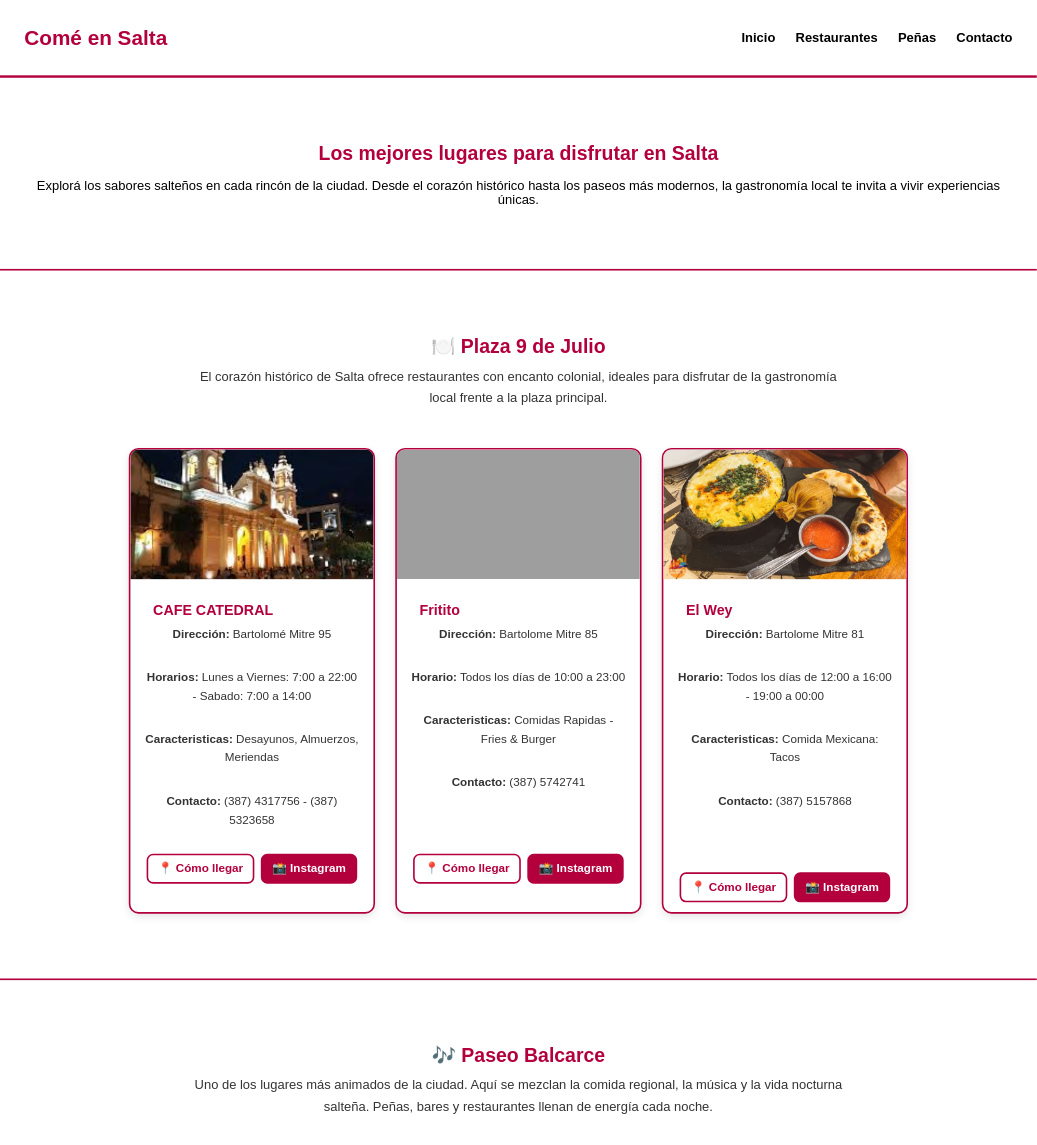
Repository: nahir95/come-en-salta
Page: restaurantes.html
An editor plug-in stored every save of this project. The page is shown before and after the next save, followed by the edit.
The browser window is 1280 px wide. The pictures show the part of the page from y = 0 to 1413 px (the page is 4439 px tall before and 4421 px after), at 81% of full size.
Pictures or frames that could not be fetched are drawn as grey boxes.

Above is the page before, as saved 2025-11-12 01:50:32.

### restaurantes.html
<!doctype html>
<html lang="es">
<head>
  <meta charset="utf-8" />
  <meta name="viewport" content="width=device-width, initial-scale=1" />
  <title>Restaurantes - Comé en Salta</title>
  <link rel="stylesheet" href="style.css">
</head>

<body>
  <header>
    <h1>Comé en Salta</h1>
    <nav>
      <a href="index.html">Inicio</a>
      <a href="restaurantes.html">Restaurantes</a>
      <a href="penas.html">Peñas</a>
      <a href="#contacto">Contacto</a>
    </nav>
  </header>

  <main class="restaurantes">
    <section class="intro">
      <h2>Los mejores lugares para disfrutar en Salta</h2>
      <p>Explorá los sabores salteños en cada rincón de la ciudad. Desde el corazón histórico hasta los paseos más modernos, la gastronomía local te invita a vivir experiencias únicas.</p>
    </section>

    <!-- PLAZA 9 DE JULIO -->
<section id="plaza9" class="zona">
  <h2>🍽️ Plaza 9 de Julio</h2>
  <p>El corazón histórico de Salta ofrece restaurantes con encanto colonial, ideales para disfrutar de la gastronomía local frente a la plaza principal.</p>

  <div class="zona-grid">

    <!-- Restaurante 1 -->
    <article class="card restaurante">
      <img src="imagenes/cafe-catedral.jpeg" alt="El Solar del Convento">
      <div class="card-content">
        <h3>CAFE CATEDRAL</h3>
        <p><strong>Dirección:</strong> Bartolomé Mitre 95</p>
        <p><strong>Horarios:</strong> Lunes a Viernes: 7:00 a 22:00 - Sabado: 7:00 a 14:00</p>
        <p><strong>Caracteristicas:</strong> Desayunos, Almuerzos, Meriendas</p>
        <p><strong>Contacto:</strong> (387) 4317756 - (387) 5323658</p>
        <div class="btns-resto">
          <a href="https://maps.app.goo.gl/VMKrjFsvunXBDcr2A" target="_blank" class="btn">📍 Cómo llegar</a>
          <a href="https://www.instagram.com/cafecatedral_?igsh=MnE1amYwa3dqeDF6" target="_blank" class="btn btn-secundario">📸 Instagram</a>
        </div>
      </div>
    </article>

    <!-- Restaurante 2 -->
    <article class="card restaurante">
      <img src="https://images.unsplash.com/photo-1565299624946-b28f40a0ae38?w=800" alt="Fritito">
      <div class="card-content">
        <h3>Fritito</h3>
        <p><strong>Dirección:</strong> Bartolome Mitre 85</p>
        <p><strong>Horario:</strong> Todos los días de 10:00 a 23:00</p>
        <p><strong>Caracteristicas:</strong> Comidas Rapidas - Fries & Burger</p>
        <p><strong>Contacto:</strong> (387) 5742741</p> <br> <br>
        <div class="btns-resto">
          <a href="https://maps.app.goo.gl/fA5zTu5r4aBTFWrC6?g_st=aw" target="_blank" class="btn">📍 Cómo llegar</a>
          <a href="https://www.instagram.com/fritito.salta?igsh=MXFieXNvZHdlZHZzZg==" target="_blank" class="btn btn-secundario">📸 Instagram</a>
        </div>
      </div>
    </article>

    <!-- Restaurante 3 -->
     <article class="card restaurante">
      <img src="imagenes/carrusel-1.jpg" alt="El Wey">
      <div class="card-content">
        <h3>El Wey</h3>
        <p><strong>Dirección:</strong> Bartolome Mitre 81</p>
        <p><strong>Horario:</strong> Todos los días de 12:00 a 16:00 - 19:00 a 00:00</p>
        <p><strong>Caracteristicas:</strong> Comida Mexicana: Tacos</p>
        <p><strong>Contacto:</strong> (387) 5157868</p> <br> <br>
        <div class="btns-resto">
          <a href="https://maps.app.goo.gl/HWUzTfTShyvQshCx5?g_st=aw" target="_blank" class="btn">📍 Cómo llegar</a>
          <a href="https://www.instagram.com/el_wey_tacos?igsh=Mzk2ZTZzdmM3N3g5" target="_blank" class="btn btn-secundario">📸 Instagram</a>
        </div>
      </div>
     </article>

  </div>
</section>


    <!-- PASEO BALCARCE -->
    <section id="balcarce" class="zona">
      <h2>🎶 Paseo Balcarce</h2>
      <p>Uno de los lugares más animados de la ciudad. Aquí se mezclan la comida regional, la música y la vida nocturna salteña. Peñas, bares y restaurantes llenan de energía cada noche.</p>

      <div class="zona-grid">
        <article class="card">
          <img src="https://images.unsplash.com/photo-1528605248644-14dd04022da1?w=800" alt="Paseo Balcarce Salta">
          <h3>La Vieja Estación</h3>
          <p>Tradicional peña y restaurante con show en vivo. Ideal para probar empanadas y locro.</p>
        </article>
        <article class="card">
          <img src="https://images.unsplash.com/photo-1600891964599-f61ba0e24092?w=800" alt="Restaurante moderno en Balcarce">
          <h3>La Monumental</h3>
          <p>Restaurante moderno con opciones gourmet y coctelería de autor.</p>
        </article>
      </div>
    </section>

    <!-- PASEO GÜEMES -->
    <section id="guemes" class="zona">
      <h2>🍷 Paseo Güemes</h2>
      <p>La zona joven y moderna de Salta. Ideal para quienes buscan cocina contemporánea, bares y terrazas con estilo. Un punto de encuentro entre turistas y locales.</p>

      <div class="zona-grid">
        <article class="card">
          <img src="https://images.unsplash.com/photo-1615719413546-198b25453f85?w=800" alt="Paseo Güemes">
          <h3>El Charrúa</h3>
          <p>Especialidad en carnes a la parrilla y vinos de altura. Un clásico salteño imperdible.</p>
        </article>
        <article class="card">
          <img src="https://images.unsplash.com/photo-1551218808-94e220e084d2?w=800" alt="Café moderno">
          <h3>Baco Resto Bar</h3>
          <p>Ambiente moderno y excelente coctelería, ideal para compartir entre amigos.</p>
        </article>
      </div>
    </section>

    <!-- CADENAS DE COMIDAS RÁPIDAS -->
    <section id="rapidas" class="zona">
      <h2>🍔 Cadenas de Comidas Rápidas</h2>
      <p>También hay opciones para quienes buscan algo rápido y conocido. Las principales cadenas se encuentran cerca del centro y los shoppings.</p>

      <ul class="lista-rapidas">
        <li>McDonald’s – Shopping Alto NOA</li>
        <li>Burger King – Caseros 500</li>
        <li>Mostaza – Paseo Güemes</li>
        <li>Subway – Balcarce 50</li>
      </ul>
    </section>

    <!-- EXTRA: RESTAURANTES DESTACADOS -->
    <section id="destacados" class="zona">
      <h2>⭐ Recomendados por los turistas</h2>
      <p>Según visitantes y locales, estos son algunos de los restaurantes imperdibles para vivir la experiencia completa de la gastronomía salteña.</p>
      <div class="zona-grid">
        <article class="card">
          <img src="https://images.unsplash.com/photo-1504674900247-0877df9cc836?w=800" alt="Empanadas salteñas">
          <h3>Doña Salta</h3>
          <p>Empanadas caseras, locro y guisos típicos en un ambiente colonial.</p>
        </article>
        <article class="card">
          <img src="https://images.unsplash.com/photo-1601924582971-c8b28a3a13f1?w=800" alt="Locro salteño">
          <h3>El Patio de la Empanada</h3>
          <p>Conocido por su sabor auténtico y precios populares. Ideal para turistas.</p>
        </article>
      </div>
    </section>
  </main>

  <footer>
    Creado con ❤️ por Comé en Salta · 2025
  </footer>
</body>
</html>

### style.css
/* ==========================
   ESTILOS GENERALES
========================== */
body {
  margin: 0;
  font-family: 'Poppins', sans-serif;
  background-color: #fff;
  color: #000;
}

/* ==========================
   HEADER
========================== */
header {
  display: flex;
  justify-content: space-between;
  align-items: center;
  background-color: #fff;
  padding: 15px 30px;
  border-bottom: 3px solid #b3003c;
}

header h1 {
  color: #b3003c;
  font-size: 1.6rem;
}

nav {
  display: flex;
  gap: 25px;
}

nav a {
  text-decoration: none;
  color: #000;
  font-weight: 600;
  transition: color 0.3s ease;
}

nav a:hover {
  color: #b3003c;
}

/* ==========================
   CARRUSEL (HERO)
========================== */
.hero {
  position: relative;
  width: 100%;
  overflow: hidden;
}

.carousel-container {
  position: relative;
  width: 100%;
  height: 80vh;
}

.carousel {
  display: flex;
  width: 300%;
  transition: transform 0.8s ease-in-out;
}

.carousel img {
  width: 100%;
  height: 80vh;
  object-fit: cover;
  filter: brightness(0.7);
}

/* Botones del carrusel */
.btn-carrusel {
  position: absolute;
  top: 50%;
  transform: translateY(-50%);
  background-color: rgba(179, 0, 60, 0.8);
  color: white;
  border: none;
  font-size: 2rem;
  padding: 10px 15px;
  cursor: pointer;
  border-radius: 50%;
  transition: background 0.3s ease;
}

.btn-carrusel:hover {
  background-color: #b3003c;
}

#prev { left: 20px; }
#next { right: 20px; }

/* Texto sobre el carrusel */
.overlay {
  position: absolute;
  top: 50%;
  left: 50%;
  transform: translate(-50%, -50%);
  color: white;
  text-align: center;
  text-shadow: 0 2px 5px rgba(0,0,0,0.7);
}

.overlay h2 {
  font-size: 2rem;
  color: #fff;
  margin-bottom: 10px;
}

.overlay p {
  font-size: 1.2rem;
}

/* ==========================
   SECCIÓN INICIO
========================== */
.inicio {
  text-align: center;
  padding: 80px 20px;
  background-color: #fff;
}

.inicio h2 {
  color: #b3003c;
  font-size: 2rem;
  margin-bottom: 15px;
}

.inicio p {
  max-width: 800px;
  margin: 0 auto 30px auto;
  color: #333;
  line-height: 1.6;
}

/* BOTONES PRINCIPALES */
.inicio-buttons .btn {
  display: inline-block;
  margin: 10px;
  padding: 12px 24px;
  border: 2px solid #b3003c;
  border-radius: 8px;
  color: #b3003c;
  background: transparent;
  text-decoration: none;
  font-weight: 600;
  transition: all 0.3s ease;
}

.inicio-buttons .btn:hover {
  background: #b3003c;
  color: white;
}
/* ==========================
   SECCIÓN "POR QUÉ COMER EN SALTA"
========================== */
.porque {
  text-align: center;
  padding: 60px 20px;
  background-color: #f7f7f7;
  border-top: 2px solid #b3003c;
  border-bottom: 2px solid #b3003c;
}

.porque h2 {
  color: #b3003c;
  margin-bottom: 15px;
}

.porque p {
  max-width: 800px;
  margin: auto;
  font-size: 1.1rem;
  color: #333;
  line-height: 1.6;
}

/* ==========================
   SABORES
========================== */
.sabores {
  padding: 60px 20px;
  background-color: #fff;
  text-align: center;
}

.sabores h2 {
  color: #b3003c;
  margin-bottom: 25px;
}

.sabores-grid {
  display: grid;
  grid-template-columns: repeat(auto-fit, minmax(220px, 1fr));
  gap: 25px;
}

.plato {
  background: #fff;
  border-radius: 12px;
  border: 2px solid #b3003c;
  overflow: hidden;
  transition: transform 0.3s ease, box-shadow 0.3s ease;
}

.plato:hover {
  transform: scale(1.05);
  box-shadow: 0 4px 12px rgba(0,0,0,0.15);
}

.plato img {
  width: 100%;
  height: 160px;
  object-fit: cover;
}

.plato h3 {
  padding: 12px;
  color: #b3003c;
}

/* ==========================
   FRASE FINAL
========================== */
.frase {
  background: #b3003c;
  color: white;
  text-align: center;
  padding: 40px 10px;
  font-style: italic;
  font-size: 1.2rem;
}

/* ==========================
   FOOTER
========================== */
footer {
  background-color: #fff;
  color: #333;
  text-align: center;
  padding: 20px;
  border-top: 3px solid #b3003c;
  font-weight: 500;
}
.carousel-container {
  position: relative;
  overflow: hidden;
  width: 100%;
  height: 400px;
}

.carousel {
  display: flex;
  transition: transform 1s ease;
  width: 100%;
  height: 100%;
}

.carousel img {
  flex: 0 0 100%;
  width: 100%;
  height: 100%;
  object-fit: cover;
}
/* ==========================
   RESTAURANTES
========================== */
.restaurantes .intro {
  text-align: center;
  padding: 60px 20px;
}

.restaurantes .intro h2 {
  color: #b3003c;
  margin-bottom: 10px;
}

.restaurantes .zona {
  padding: 60px 20px;
  border-top: 2px solid #b3003c;
  background-color: #fff;
}

.restaurantes .zona h2 {
  color: #b3003c;
  margin-bottom: 10px;
  text-align: center;
}

.restaurantes .zona p {
  text-align: center;
  max-width: 800px;
  margin: 0 auto 30px auto;
  line-height: 1.6;
  color: #333;
}

.zona-grid {
  display: grid;
  grid-template-columns: repeat(auto-fit, minmax(250px, 1fr));
  gap: 25px;
}

.card {
  background: #fff;
  border: 2px solid #b3003c;
  border-radius: 10px;
  overflow: hidden;
  transition: transform 0.3s ease, box-shadow 0.3s ease;
}

.card:hover {
  transform: scale(1.05);
  box-shadow: 0 4px 12px rgba(0,0,0,0.15);
}

.card img {
  width: 100%;
  height: 180px;
  object-fit: cover;
}

.card h3 {
  margin: 12px;
  color: #b3003c;
}

.card p {
  margin: 0 12px 15px 12px;
  color: #333;
}

.lista-rapidas {
  max-width: 600px;
  margin: 0 auto;
  list-style: none;
  padding: 0;
  text-align: center;
}

.lista-rapidas li {
  background: #f8f8f8;
  border: 1px solid #b3003c;
  padding: 10px;
  border-radius: 6px;
  margin-bottom: 8px;
  color: #333;
  transition: background 0.3s;
}

.lista-rapidas li:hover {
  background: #b3003c;
  color: white;
}
/* === Contenedor general de las tarjetas === */
.zona-grid {
  display: flex;
  flex-wrap: wrap;
  justify-content: center; /* 🔹 centra todas las tarjetas */
  gap: 25px; /* espacio entre tarjetas */
  max-width: 1000px; /* 🔹 limita el ancho total del grid */
  margin: 0 auto; /* centra el bloque en la página */
  padding: 20px;
}

/* === Tarjetas de restaurantes === */
.restaurante {
  background: #fff;
  border: 2px solid #b3003c;
  border-radius: 12px;
  overflow: hidden;
  flex: 1 1 calc(33.333% - 40px); /* 🔹 3 por fila con espacio */
  max-width: 300px; /* evita que crezcan demasiado */
  box-shadow: 0 4px 10px rgba(0,0,0,0.1);
  transition: transform 0.3s ease, box-shadow 0.3s ease;
}

.restaurante:hover {
  transform: translateY(-5px);
  box-shadow: 0 6px 16px rgba(0,0,0,0.15);
}

.restaurante img {
  width: 100%;
  height: 160px;
  object-fit: cover;
}

.restaurante .card-content {
  padding: 12px 16px;
}

.restaurante h3 {
  color: #b3003c;
  font-size: 1.1rem;
  margin-bottom: 8px;
}

.restaurante p {
  color: #333;
  margin: 4px 0;
  font-size: 0.9rem;
}

/* === Botones === */
.btns-resto {
  display: flex;
  justify-content: center;
  gap: 8px;
  margin-top: 10px;
  flex-wrap: wrap;
}

.btns-resto .btn {
  display: inline-block;
  text-align: center;
  padding: 8px 12px;
  border: 2px solid #b3003c;
  border-radius: 8px;
  text-decoration: none;
  color: #b3003c;
  font-weight: 600;
  transition: all 0.3s ease;
  font-size: 0.9rem;
}

.btns-resto .btn:hover {
  background: #b3003c;
  color: #fff;
}

.btns-resto .btn-secundario {
  background: #b3003c;
  color: #fff;
}

.btns-resto .btn-secundario:hover {
  background: transparent;
  color: #b3003c;
}

After the next save:
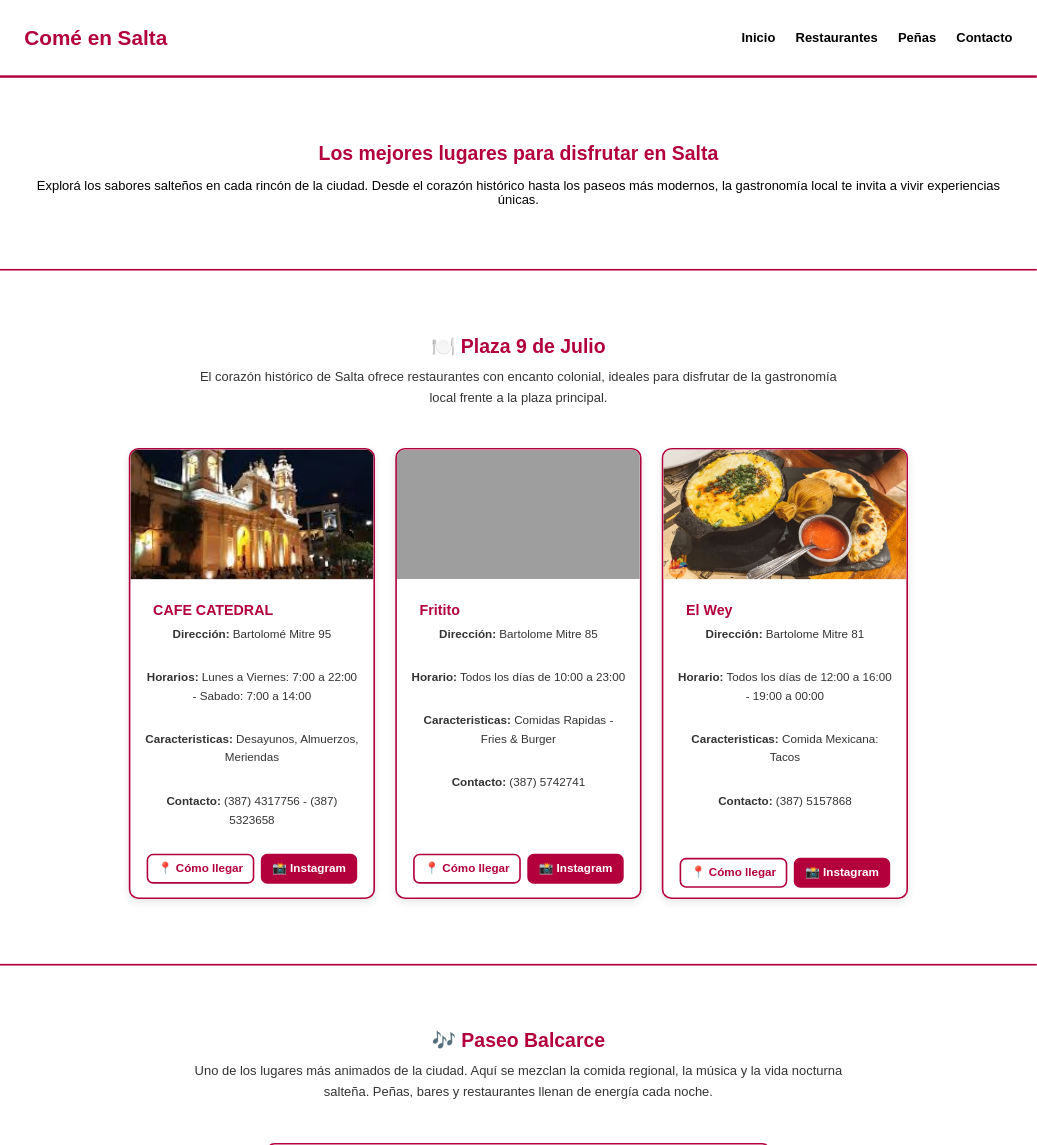
Saved 89 s later.
--- a/restaurantes.html
+++ b/restaurantes.html
@@ -71,7 +71,7 @@
         <p><strong>Dirección:</strong> Bartolome Mitre 81</p>
         <p><strong>Horario:</strong> Todos los días de 12:00 a 16:00 - 19:00 a 00:00</p>
         <p><strong>Caracteristicas:</strong> Comida Mexicana: Tacos</p>
-        <p><strong>Contacto:</strong> (387) 5157868</p> <br> <br>
+        <p><strong>Contacto:</strong> (387) 5157868</p> <br>
         <div class="btns-resto">
           <a href="https://maps.app.goo.gl/HWUzTfTShyvQshCx5?g_st=aw" target="_blank" class="btn">📍 Cómo llegar</a>
           <a href="https://www.instagram.com/el_wey_tacos?igsh=Mzk2ZTZzdmM3N3g5" target="_blank" class="btn btn-secundario">📸 Instagram</a>
